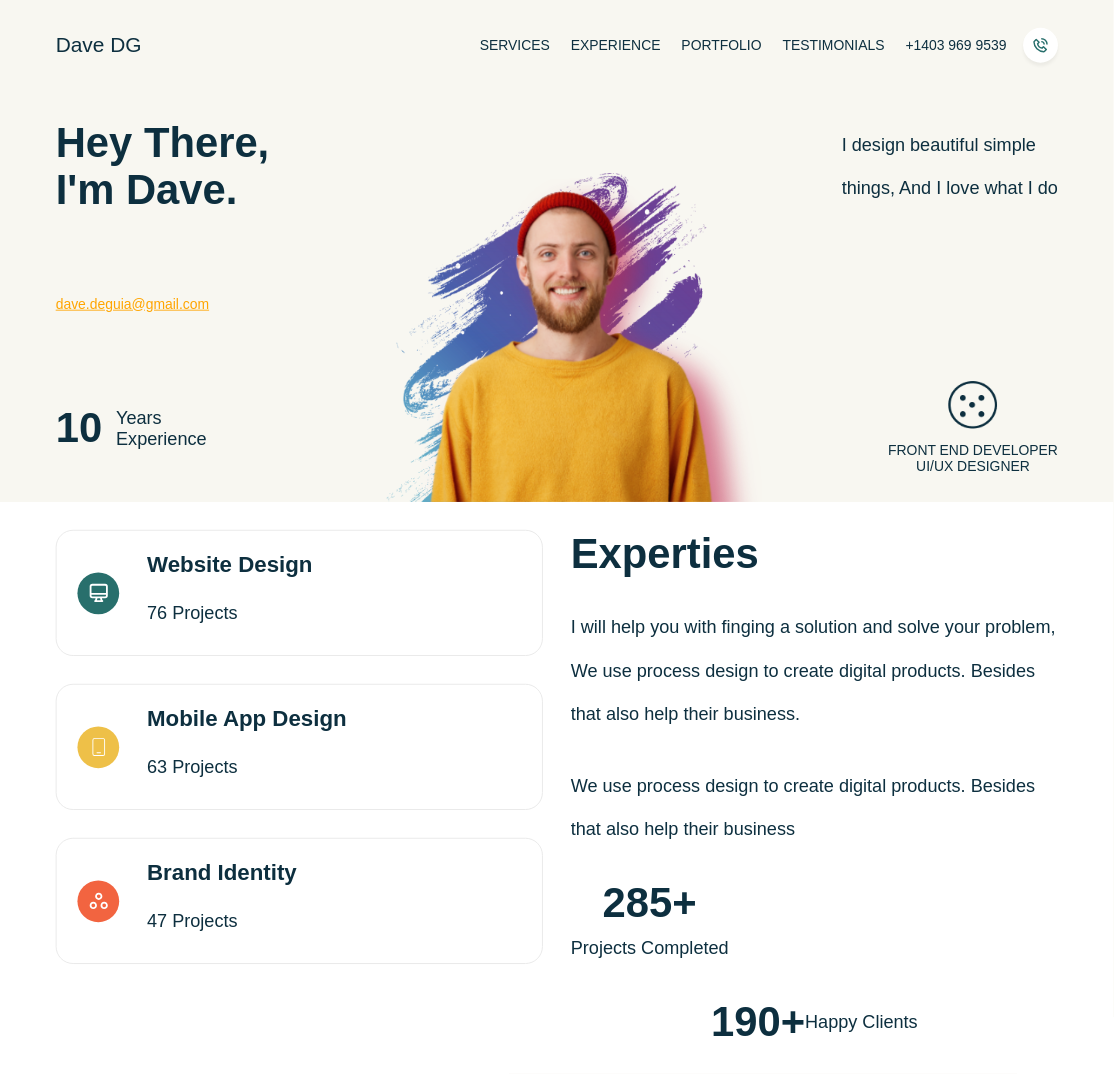
Repository: davedeguia/framer-motion-portfolio
Page: /
The author's editor kept a copy of each file at every save. The page is drawn from the files as they stood at one save, then again after the next save.
The browser window is 1280 px wide. The pictures show the whole page, at 87% of full size.
Some web fonts or font styles are not loaded; a fallback is used. The project was rebuilt for these pictures with package versions that can differ from the ones it lists, and the page was loaded fresh each time. Also part of the build but not shown: vite.config.js.

Above is the page before, as saved 2023-02-10 16:37:27.

After the next save:
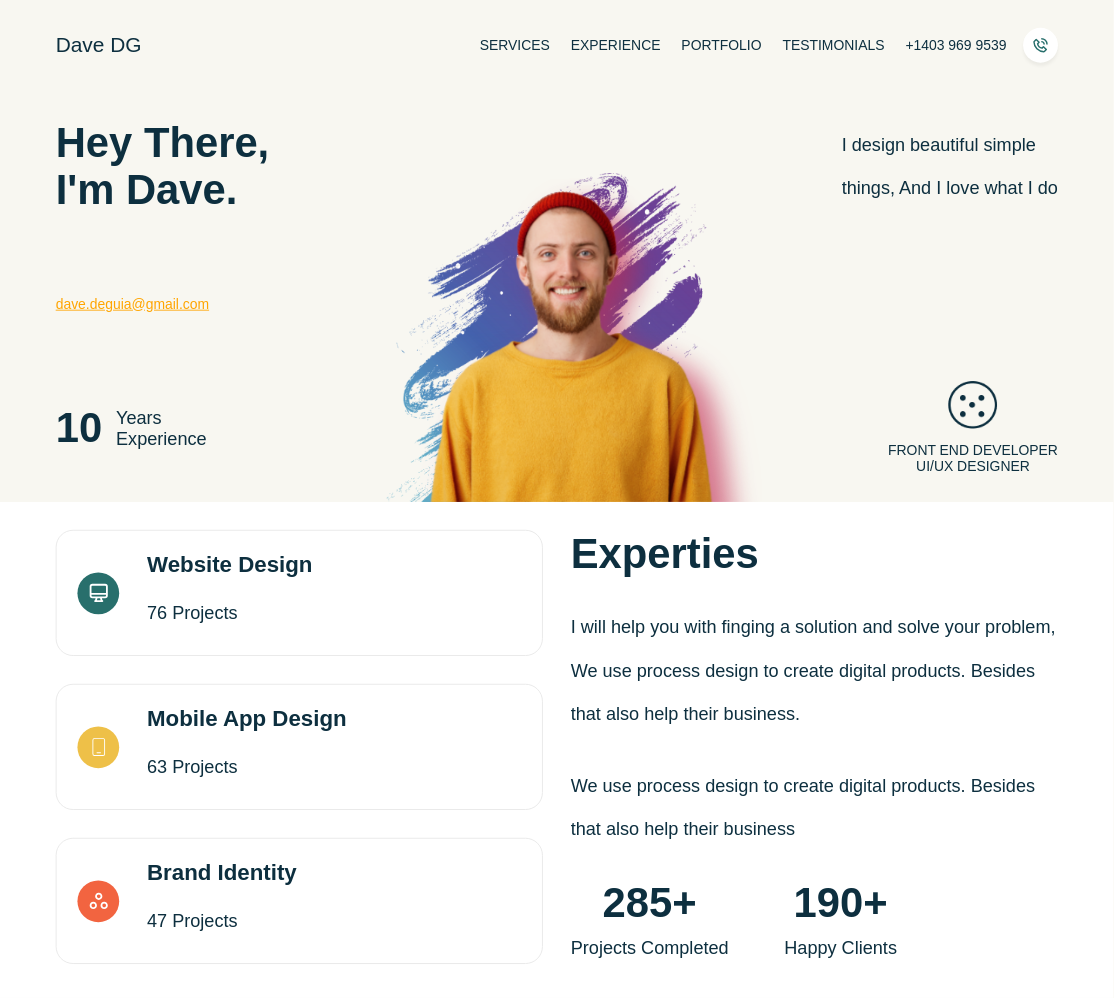
Saved 2 min 24 s later.
--- a/src/components/Experties/Experties.jsx
+++ b/src/components/Experties/Experties.jsx
@@ -39,11 +39,11 @@ const Experties = () => {
               <span className='primaryText'>285+</span>
               <span className='secondaryText'>Projects Completed</span>
             </div>
-          </div>
 
-          <div className={`flexCenter ${css.stat}`}>
-            <span className='primaryText'>190+</span>
-            <span className='secondaryText'>Happy Clients</span>
+            <div className={`flexCenter ${css.stat}`}>
+              <span className='primaryText'>190+</span>
+              <span className='secondaryText'>Happy Clients</span>
+            </div>
           </div>
         </div>
       </div>
